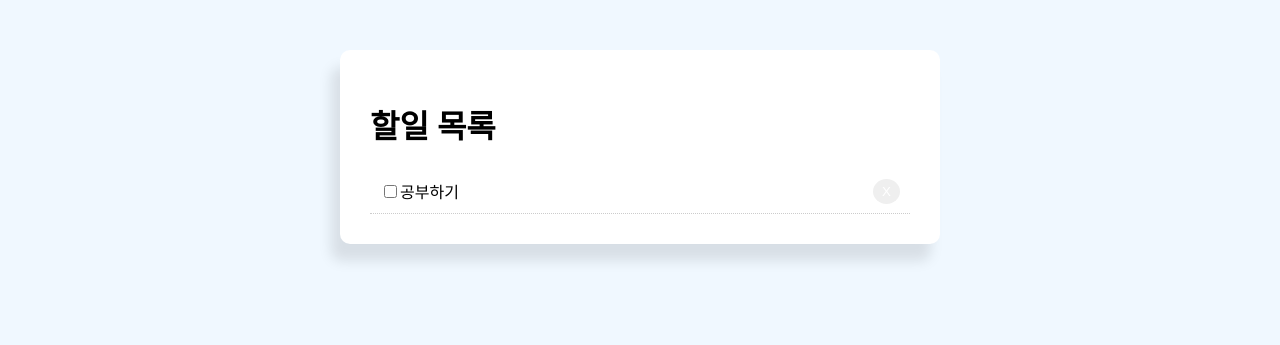
Repository: siwon9898/react-learn
Page: /
These files come from the project's save history. The page is drawn as it stood at one moment and after the next save; the edit follows.
The browser window is 1280 px wide. The pictures show the whole page.
The project was rebuilt for these pictures with package versions that can differ from the ones it lists, and the page was loaded fresh each time.

Above is the page before, as saved 2023-03-29 11:03:32.

After the next save:
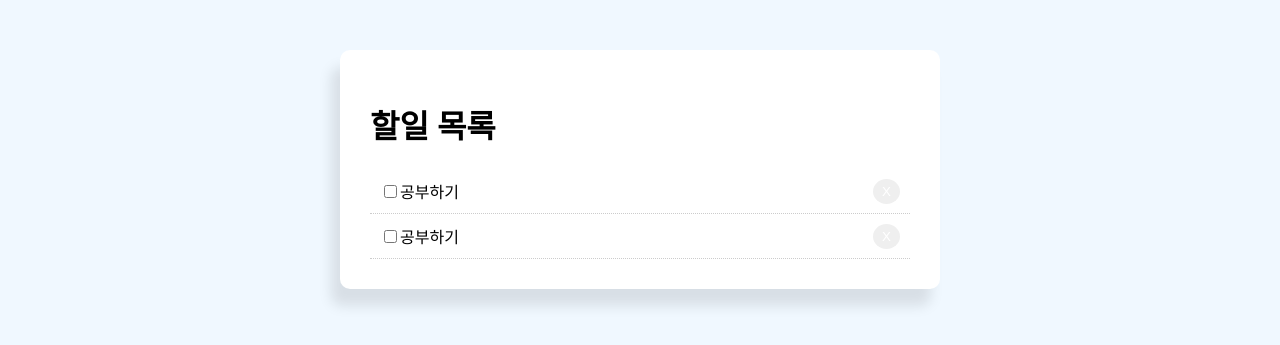
Saved 95 s later.
--- a/src/App.js
+++ b/src/App.js
@@ -37,11 +37,13 @@ export default class App extends Component {
           <div className="title">
             <h1>할일 목록</h1>
           </div>
-          <div style={this.getStyle()}>
-            <input type="checkbox" defaultChecked={false} />
-            공부하기
-            <button style={this.btnStyle}>X</button>
-          </div>
+          {this.todoData.map((data) => (
+            <div style={this.getStyle()}>
+              <input type="checkbox" defaultChecked={false} />
+              공부하기
+              <button style={this.btnStyle}>X</button>
+            </div>
+          ))}
         </div>
       </div>
     );
